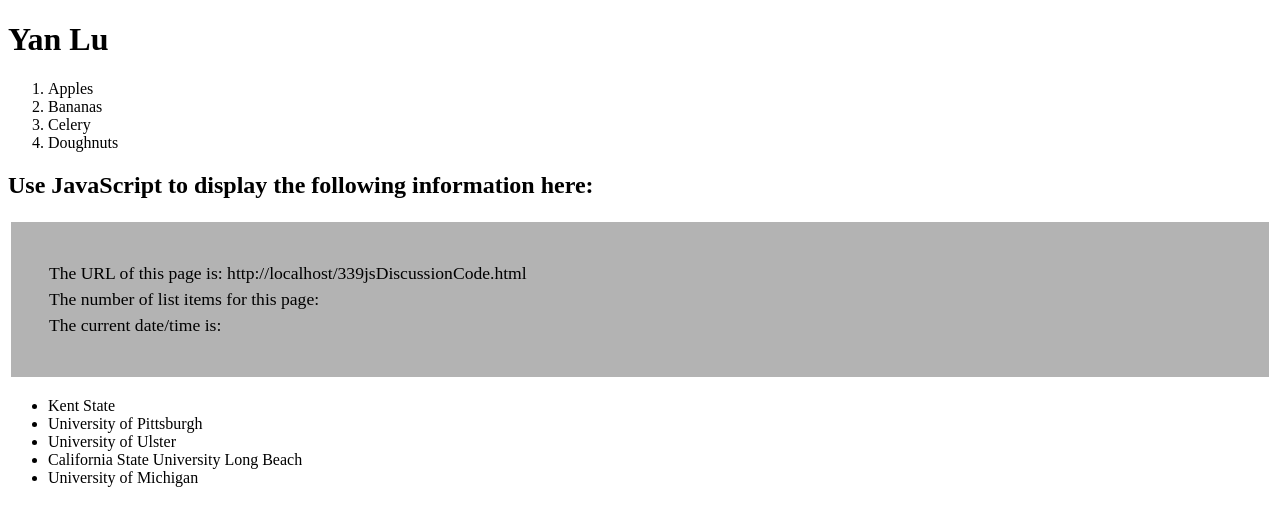
Repository: lulyany/discussionwk10
Page: 339jsDiscussionCode.html
An editor plug-in stored every save of this project. The page is shown before and after a run of saves, followed by the edit.
The browser window is 1280 px wide. The pictures show the whole page.

Above is the page before, as saved 2023-11-01 20:31:02.

### 339jsDiscussionCode.html
<!DOCTYPE html>
<html lang="en">
<head>
	<meta charset="UTF-8">
	<title>JavaScript Discussion</title>
	<style>
		p{
			background-color: #b3b3b3;
			border: 3px solid #FFFFFF;
			padding: 3%;
			font-size: 1.1em;
			line-height: 1.5;
		}
	</style>

	<script type="text/javascript">
	function displayInformation () {
		// Your code goes here.
		// Do not change any other code in this file
		// All of the steps below must be achieved using JavaScript!


		// 1. Change the h1 element to your name.

		document.querySelector("h1").textContent = "Yan Lu";


		// 2. Update the three span elements using ONLY JavaScript

		document.getElementById("URL").textContent = window.location.href;

		// 3. Change the background color and margin for the entire page.



    }

    // 4. If someone uses the keyboard shortcut to copy the words "University of Michigan" then add the words "Go Blue" to the final div.
    // Each occurence should be on a separate line.  Don't use
    // paragraphs.

</script>

</head>
<body onload="displayInformation()">
	<h1>Your name goes here</h1>

	<ol>
		<li>Apples</li>
		<li>Bananas</li>
		<li>Celery</li>
		<li>Doughnuts</li>
	</ol>
	<h2>Use JavaScript to display the following information here:</h2>
	<p>
		The URL of this page is: <span id = "URL"></span><br/>
		The number of list items for this page: <span id = "items"></span><br/>
		The current date/time is: <span id = "time"></span><br/>
	</p>
	<ul>
		<li>Kent State</li>
		<li>University of Pittsburgh</li>
		<li>University of Ulster</li>
		<li>California State University Long Beach</li>
		<li oncopy="copyFunction()">University of Michigan</li>
	</ul>
	<div id="cheer">

	</div>

</body>
</html>

After the next 5 saves:
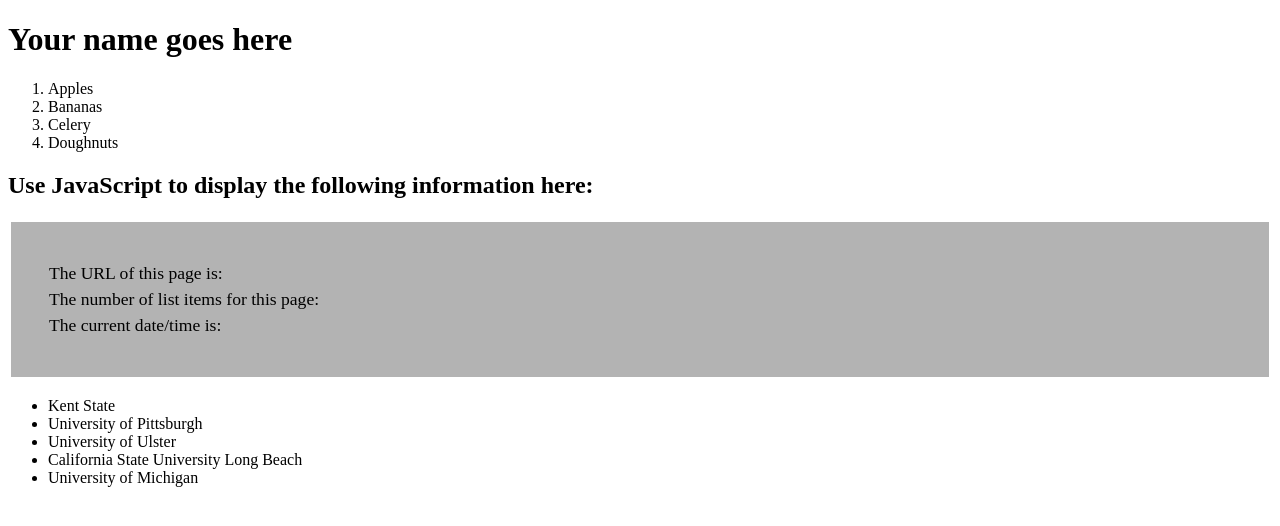
Console error: SyntaxError: Unexpected token ';'
The 5 saves are shown as one change because they came seconds apart.
The last was saved 10 s later.
--- a/339jsDiscussionCode.html
+++ b/339jsDiscussionCode.html
@@ -27,7 +27,7 @@
 
 		// 2. Update the three span elements using ONLY JavaScript
 
-		document.getElementById("URL").textContent = window.location.href;
+		document.getElementById("URL").textContent += ;
 
 		// 3. Change the background color and margin for the entire page.
 

After the save that followed:
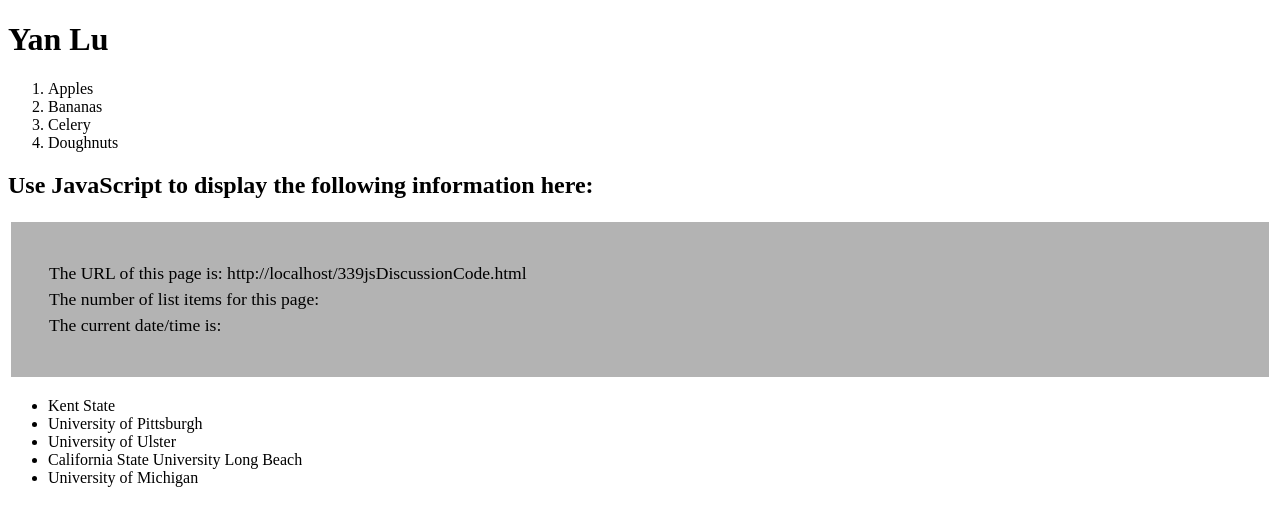
The error is gone.
Saved 11 s later.
--- a/339jsDiscussionCode.html
+++ b/339jsDiscussionCode.html
@@ -27,7 +27,7 @@
 
 		// 2. Update the three span elements using ONLY JavaScript
 
-		document.getElementById("URL").textContent += ;
+		document.getElementById("URL").textContent += window.location.href;
 
 		// 3. Change the background color and margin for the entire page.
 
